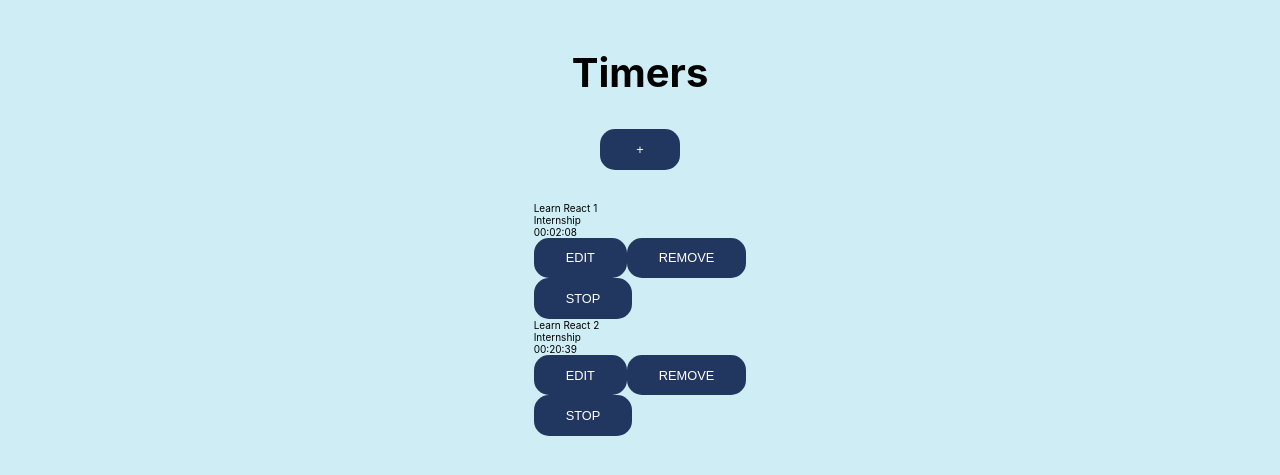
Repository: dqhuy153/react-timer
Page: /
The author's editor kept a copy of each file at every save. The page is drawn from the files as they stood at one save, then again after the next save.
The browser window is 1280 px wide. The pictures show the whole page.
The project was rebuilt for these pictures with package versions that can differ from the ones it lists, and the page was loaded fresh each time. Also part of the build but not shown: src/components/TimerForm/TimerForm.module.scss, src/components/TimerForm/index.jsx.

Above is the page before, as saved 2021-10-26 16:08:49.

After the next save:
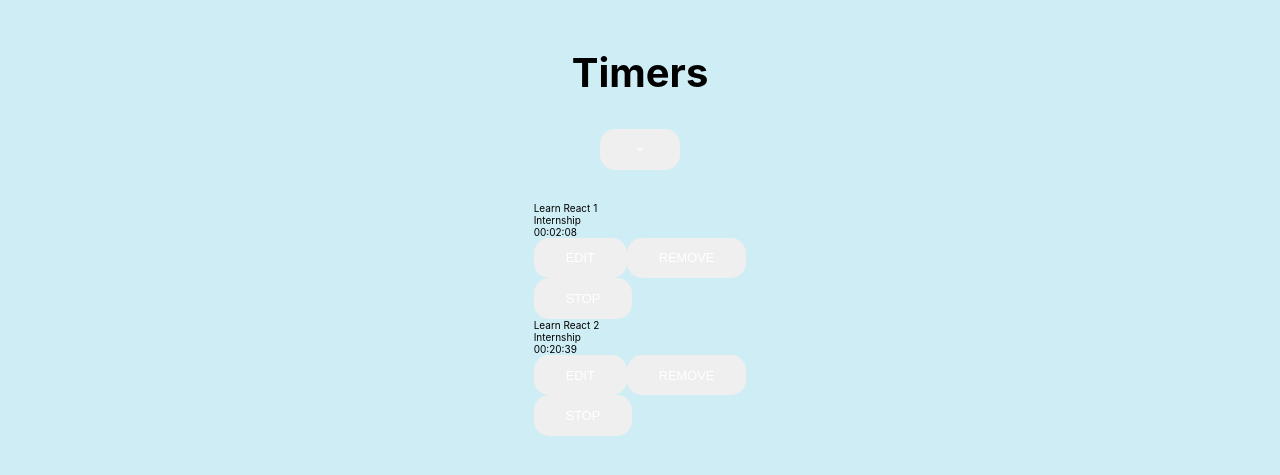
Saved 86 s later.
--- a/src/components/Button/index.jsx
+++ b/src/components/Button/index.jsx
@@ -15,8 +15,8 @@ const Button = ({
   return (
     <button
       style={{
-        background: bgColor,
-        color: color,
+        '--bg-color': bgColor,
+        '--color': color,
         '--hover-color': hoverColor,
         '--hover-bg-color': hoverBgColor,
       }}

After the save that followed:
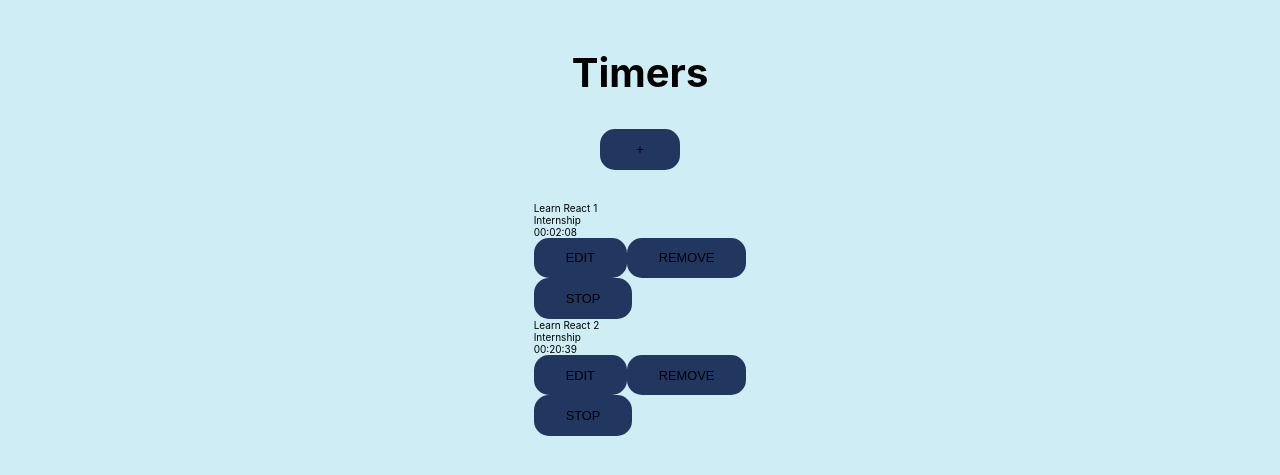
Saved 51 s later.
--- a/src/components/Button/Button.module.scss
+++ b/src/components/Button/Button.module.scss
@@ -2,16 +2,17 @@
   padding: 0.8rem 2rem;
   min-width: 5rem;
   border: none;
-  color: #fff;
+  color: var(--color);
   border-radius: 15px;
+  background: var(--bg-color);
   font-size: 0.8rem;
   cursor: pointer;
   transition: all 0.2s linear;
 
   &:hover {
     box-shadow: rgba(100, 100, 111, 0.3) 0px 7px 29px 0px;
-    background: #fff;
-    color: rgb(34, 55, 95);
+    background: var(--hover-bg-color);
+    color: var(--hover-color);
     font-weight: bold;
   }
 
